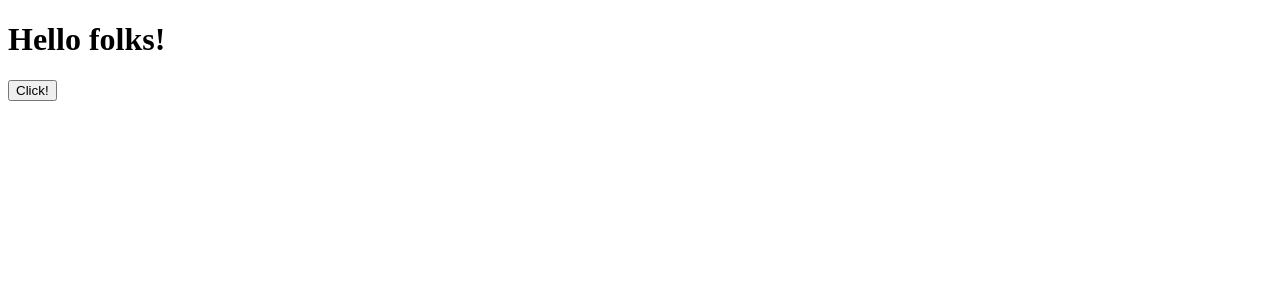
Repository: aakriti-tech/GlobalLogic
Page: Akki/WebContent/index.html
The author's editor kept a copy of each file at every save. The page is drawn from the files as they stood at one save, then again after the next save.
The browser window is 1280 px wide. The pictures show the whole page.

Above is the page before, as saved 2022-08-01 05:40:41.

### Akki/WebContent/index.html
<!DOCTYPE html>
<html>
<head>
<meta charset="ISO-8859-1">
<title>First Web App</title>
</head>
<body>

<h1 style="background color: pink">Hello folks!</h1>
<button type="button">Click!</button>

</body>
</html>

After the next save:
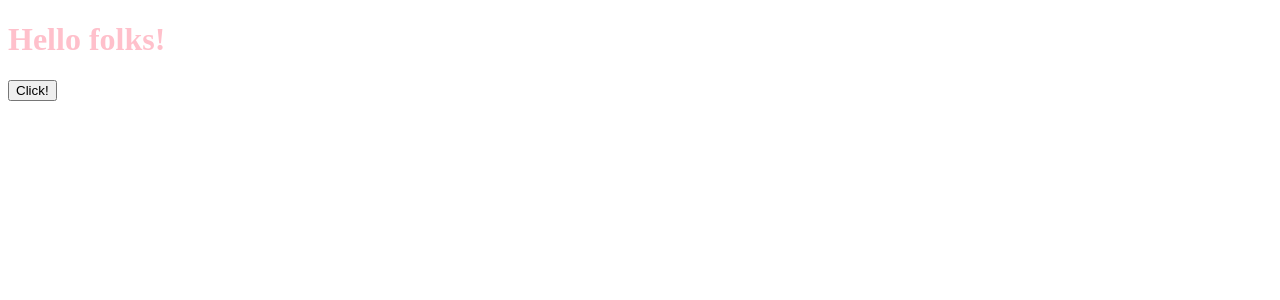
Saved 15 s later.
--- a/Akki/WebContent/index.html
+++ b/Akki/WebContent/index.html
@@ -6,7 +6,7 @@
 </head>
 <body>
 
-<h1 style="background color: pink">Hello folks!</h1>
+<h1 style="color: pink">Hello folks!</h1>
 <button type="button">Click!</button>
 
 </body>
